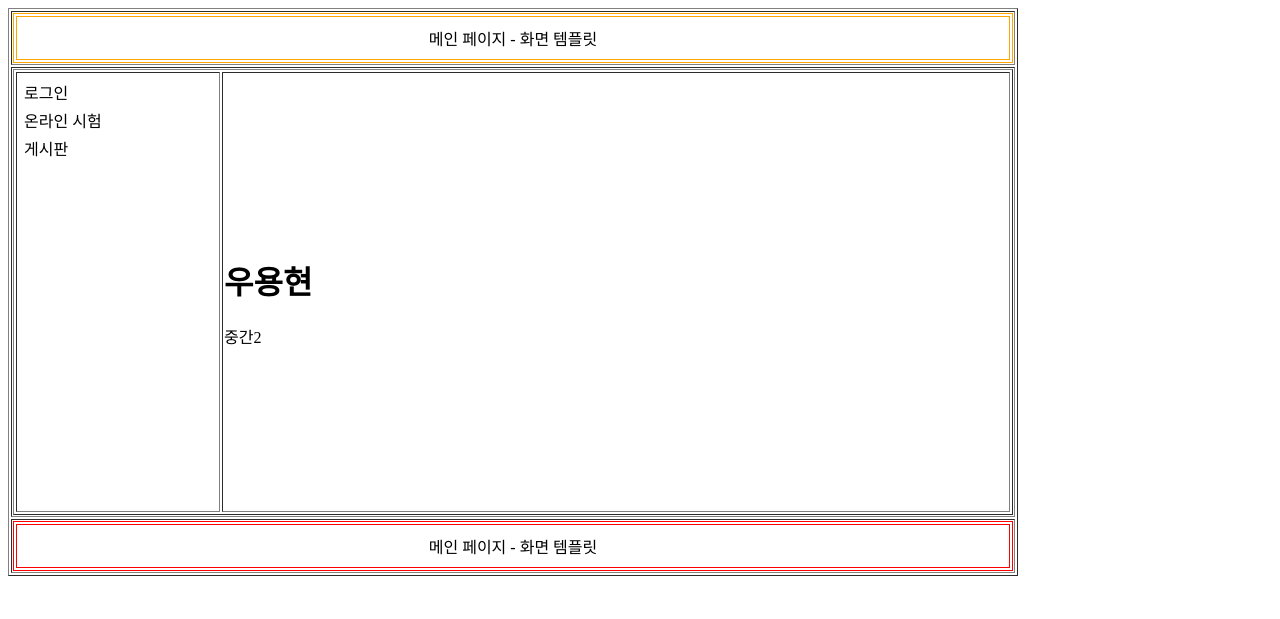
Repository: ikobean/ikoebean
Page: http://localhost/dev_jsp/ch07/index.jsp
These files come from the project's save history. The page is drawn as it stood at one moment and after the next save; the edit follows.
The browser window is 1280 px wide. The pictures show the whole page.
The page is served by Tomcat 9. Other server files are loaded and not shown.

Above is the page before, as saved 2019-07-17 02:35:57.

### workspace_jsp/dev_jsp/WebContent/ch07/index.jsp
<%@ page language="java" contentType="text/html; charset=UTF-8"
    pageEncoding="UTF-8"%>
<!DOCTYPE html>
<html>
<head>
<meta charset="UTF-8">
<title>Insert title here</title>
</head>
<body>
<table border=1 width="1000" height="500">
<!-- top 영억 -->
	<tr>
	<td height="50" >

	<jsp:include page="top.jsp" flush="false"/></td>
	</tr>
<!-- body 영억 -->
	<tr>
		<td>
			<table border=1 width="1000" height="400">
				<tr>
<!-- menu 영억 -->
					<td width="200" >
					<jsp:include page="menu.jsp" flush="false"/>

					</td>
<!-- main 영억 -->
					<td>
					<jsp:include page="main.jsp" flush="false"/>
						중간2
					</td>
				</tr>

			</table>
		</td>
	</tr>
<!-- bottom 영억 -->
	<tr>
		<td height="50">
		<jsp:include page="bottom.jsp" flush="false"/>

		</td>
	</tr>
</table>
</body>
</html>

### workspace_jsp/dev_jsp/WebContent/ch07/top.jsp
<%@ page language="java" contentType="text/html; charset=UTF-8"
    pageEncoding="UTF-8"%>
<!DOCTYPE html>
<html>
<head>
<meta charset="UTF-8">
<title>index.jsp페이지에 삽입되므로 title은 보이지 않음.</title>
</head>
<body>

<!-- index.jsp top영역에서 width와 height을 상수로 처리했으므로 %로 처리하면 됨. -->
<table width="100%" height="100%" borderColor="orange" border="1">
	<tr>
		<td align="center">	메인 페이지 - 화면 템플릿 </td>
	</tr>
</table>
</body>
</html>

### workspace_jsp/dev_jsp/WebContent/ch07/menu.jsp
<%@ page language="java" contentType="text/html; charset=UTF-8"
    pageEncoding="UTF-8"%>
<!DOCTYPE html>
<html>
<head>
<meta charset="UTF-8">
<title>Insert title here</title>
</head>
<body>
<table>
	<tr>
		<td align="left" valign="top">
		<table>
			<tr><td height="20px">로그인</td></tr>
			<tr><td height="20px">온라인 시험</td></tr>
			<tr><td height="20px">게시판</td></tr>
			<tr><td height="340px">&nbsp;</td></tr>

		</table>


</table>
</body>
</html>

### workspace_jsp/dev_jsp/WebContent/ch07/main.jsp
<%@ page language="java" contentType="text/html; charset=UTF-8"
    pageEncoding="UTF-8"%>
<!DOCTYPE html>
<html>
<head>
<meta charset="UTF-8">
<title>Insert title here</title>
</head>
<body>
<h1>우용현</h1>

</body>
</html>

### workspace_jsp/dev_jsp/WebContent/ch07/bottom.jsp
<%@ page language="java" contentType="text/html; charset=UTF-8"
    pageEncoding="UTF-8"%>
<!DOCTYPE html>
<html>
<head>
<meta charset="UTF-8">
<title>Insert title here</title>
</head>
<body>

<table width="100%" height="100%" borderColor="red" border="1">
	<tr>
		<td align="center">	메인 페이지 - 화면 템플릿 </td>
	</tr>
</table>
</body>
</html>

After the next save:
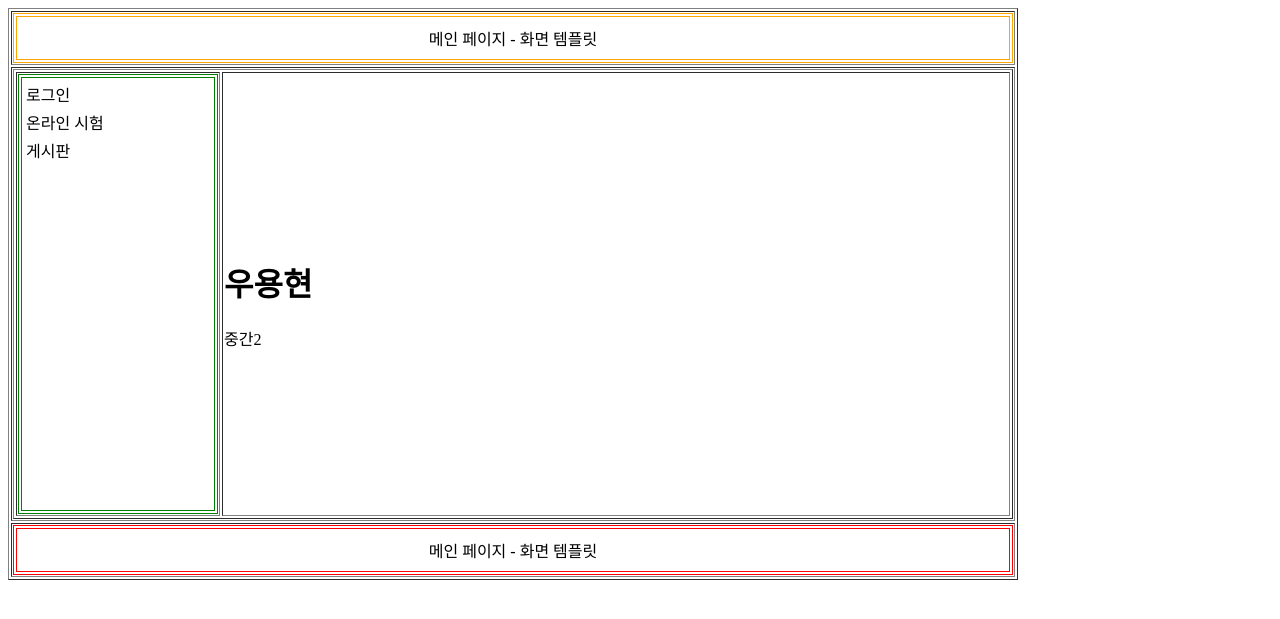
Saved 31 s later.
--- a/workspace_jsp/dev_jsp/WebContent/ch07/menu.jsp
+++ b/workspace_jsp/dev_jsp/WebContent/ch07/menu.jsp
@@ -7,7 +7,7 @@
 <title>Insert title here</title>
 </head>
 <body>
-<table>
+<table width="100%" height="100%" borderColor="green" border="1">
 	<tr>
 		<td align="left" valign="top">
 		<table>
